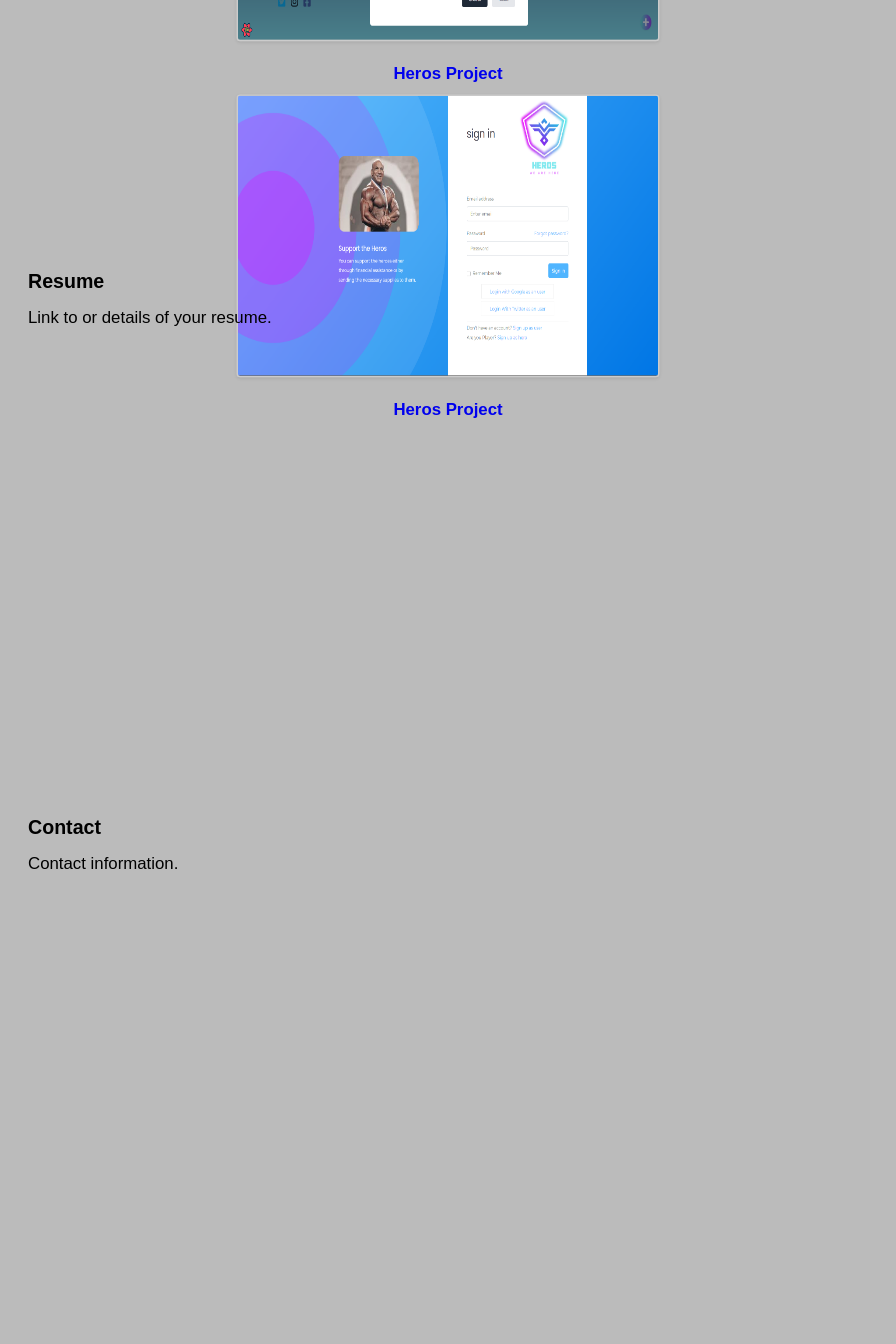
Repository: Salah-Wael/Salah-EL-Din-Portfolio
Page: index.html
The author's editor kept a copy of each file at every save. The page is drawn from the files as they stood at one save, then again after a run of saves.
The browser window is 1280 px wide. The pictures show the part of the page from y = 1317 to 3237 px (the page is 3237 px tall), at 70% of full size.

Above is the page before, as saved 2024-07-13 05:51:52.

### index.html
<!DOCTYPE html>
<html lang="en">
<head>
  <meta charset="UTF-8">
  <meta name="viewport" content="width=device-width, initial-scale=1.0">
  <title>Salah EL-Din Portfolio</title>
  <link rel="stylesheet" href="./style.css">
  <script>
    document.addEventListener('DOMContentLoaded', (event) => {
      const images = [
        'img/projects/heros registration.png',
        'img/projects/heros create news.png',
        'img/projects/heros payment.png'
      ];

      let currentIndex = 0;
      const mainImage = document.getElementById('main-image');

      function swapImage() {
        currentIndex = (currentIndex + 1) % images.length;
        mainImage.src = images[currentIndex];
      }

      setInterval(swapImage, 3000); // Change image every 3 seconds
    });
  </script>
</head>
<body>
  <nav>
    <h1>Salah El-Din</h1>
    <ul>
      <li><a href="#about">About</a></li>
      <li><a href="#projects">Projects</a></li>
      <li><a href="#resume">Resume</a></li>
      <li><a href="#contact">Contact</a></li>
    </ul>
  </nav>
  <section id="about">
    <div class="about">
      <div>
        <h2>About Me</h2>
        <p>
          Hi there! 👋<br>
          My name is Salah EL-Din <br> I'm a <span>Back End Web Developer.</span>
          I'm a fresh graduate from the Computer Science and Artificial Intelligence Faculty. My main interest lies in back-end development using PHP and the Laravel framework. I also hold a certificate from the Information Technology Institute (ITI) in Back-end development using PHP and Laravel. I'm eager to gain practical experience in this field.
          To improve my skills, I actively participated in and presented at student activities.
          In October 2022, I joined to MSP Tech Club - Al Azhar and was accepted into the Back-End track, specializing in PHP and Laravel. I participated with them in the Back-end Development - Tri Era - MSP'23 as an instructor for the first session. In this session, I covered an introduction to front-end and back-end development as well as web hosting. Additionally, I explained some basics of PHP programming, such as (variables, data types, operators, arrays, strings, and conditions).
          In the following season, specifically in November 2023, I expanded my horizons by joining the MSP Flutter Committee. This new venture immersed me in the world of mobile applications, where I gained some information and experience about Dart and the Flutter framework. Concurrently, in December 2023, I became a member of the Google Developer Student Clubs (GDSC), further strengthening my front-end skills. With GDSC, I learned invaluable tricks and insights that have significantly enhanced my technical repertoire.
          Currently, I am looking for a job for 6 months before I apply for military service in January.
        </p>
      </div>
      <div>
        <img src="./img/Salah EL-Din Wael2.jpg" alt="Salah EL-Din">
      </div>
    </div>
  </section>
  <section id="projects">
    <!-- <h2>Projects</h2> -->

    <!-- <div class="projects-container"> -->
      <!-- <div class="project">
        <a href="https://sala7.great-site.net/" target="_blank">
          <img src="img/projects/ecommerce home.png" alt="Sala7 E_commerce">
          <img src="img/projects/products.png" alt="Sala7 E_commerce">
          <p>E_commerce Project</p>
        </a>
      </div>
      <div class="project">
        <a href="https://heros.rf.gd/" target="_blank">
          <img src="img/projects/heros registration.png" alt="heros login">
          <img src="img/projects/heros create news.png" alt="heros create news">
          <img src="img/projects/heros payment.png" alt="heros payment">
          <p>Heros Project</p>
        </a>
      </div> -->



      <!-- <h2>Projects</h2>
    <div class="projects-container">
      <div class="project">
        <h3>Heros Project</h3>
        <div class="image-display">
          <img id="main-image" src="img/projects/heros registration.png" alt="heros registration">
        </div>
        <div class="thumbnails">
          <img src="img/projects/heros registration.png" alt="heros registration" onclick="swapImage('img/projects/heros registration.png')">
          <img src="img/projects/heros create news.png" alt="heros create news" onclick="swapImage('img/projects/heros create news.png')">
          <img src="img/projects/heros payment.png" alt="heros payment" onclick="swapImage('img/projects/heros payment.png')">
        </div>
      </div>
    </div>
    </div> -->



    <h2>Projects</h2>
    <div class="projects-container">
      <a href="https://heros.rf.gd/" target="_blank">
        <div class="project">
          <div class="image-display">
            <img id="main-image" src="img/projects/heros registration.png" alt="heros registration">
          </div>
          <h2>Heros Project</h2>
        </div>
      </a>
    </div>
    <div class="projects-container">
      <a href="https://sala7.great-site.net/" target="_blank">
        <div class="project">
          <div class="image-display">
            <img id="main-image" src="img/projects/heros registration.png" alt="heros registration">
          </div>
          <h2>Heros Project</h2>
        </div>
      </a>
    </div>
  </section>
  <section id="resume">
    <h2>Resume</h2>
    <p>Link to or details of your resume.</p>
  </section>
  <section id="contact">
    <h2>Contact</h2>
    <p>Contact information.</p>
  </section>
</body>
</html>

### style.css
/* Reset some basic styles */
body, h1, h2, p, ul, li, a {
  margin: 0;
  padding: 0;
  list-style: none;
  text-decoration: none;
  font-family: Arial, sans-serif;
}

/* General body styling */
body {
  font-family: Arial, sans-serif;
  line-height: 1.6;
  background-color: #bbb;
}

/* Styling for navigation bar */
nav {
  background-color: #333;
  color: white;
  display: flex;
  justify-content: space-between;
  align-items: center;
  padding: 10px 20px;
}

nav h1 {
  font-size: 24px;
}

nav ul {
  display: flex;
  justify-content: center;
  width: 90%;
  gap: 15px;
}

nav ul li {
  list-style: none;
}

nav ul li a {
  color: white;
  text-decoration: none;
  padding: 5px 10px;
}

nav ul li a:hover {
  background-color: #575757;
  border-radius: 5px;
}

/* Section styling */
section {
  padding: 20px;
  margin: 20px;
  /* width: 100%; */
  height: 100vh;
}

section h2 {
  font-size: 28px;
  margin-bottom: 10px;
}

section p {
  font-size: 24px;
}

.about{
  display: flex;
  justify-content: space-between;
  align-items: center;
  margin: 20px;

}

.about div p{
  width: 75%;
  font-size: 20px;
  text-align: justify;
}
.about div img{
  width: 300px;
  height: 300px;
  border-radius: 50%;
}

/* Projects section styling */
.projects-container {
  display: flex;
  gap: 20px;
  flex-wrap: wrap;
  justify-content: center;
}

.project {
  text-align: center;
}

.project h2 {
  font-size: 24px;
  margin-bottom: 10px;
}

.image-display {
  margin-bottom: 20px;
}

.image-display img {
  width: 600px;
  height: 400px;
  border: 2px solid #ccc;
  border-radius: 5px;
  box-shadow: 0 2px 5px rgba(0, 0, 0, 0.1);
}

After the next 3 saves:
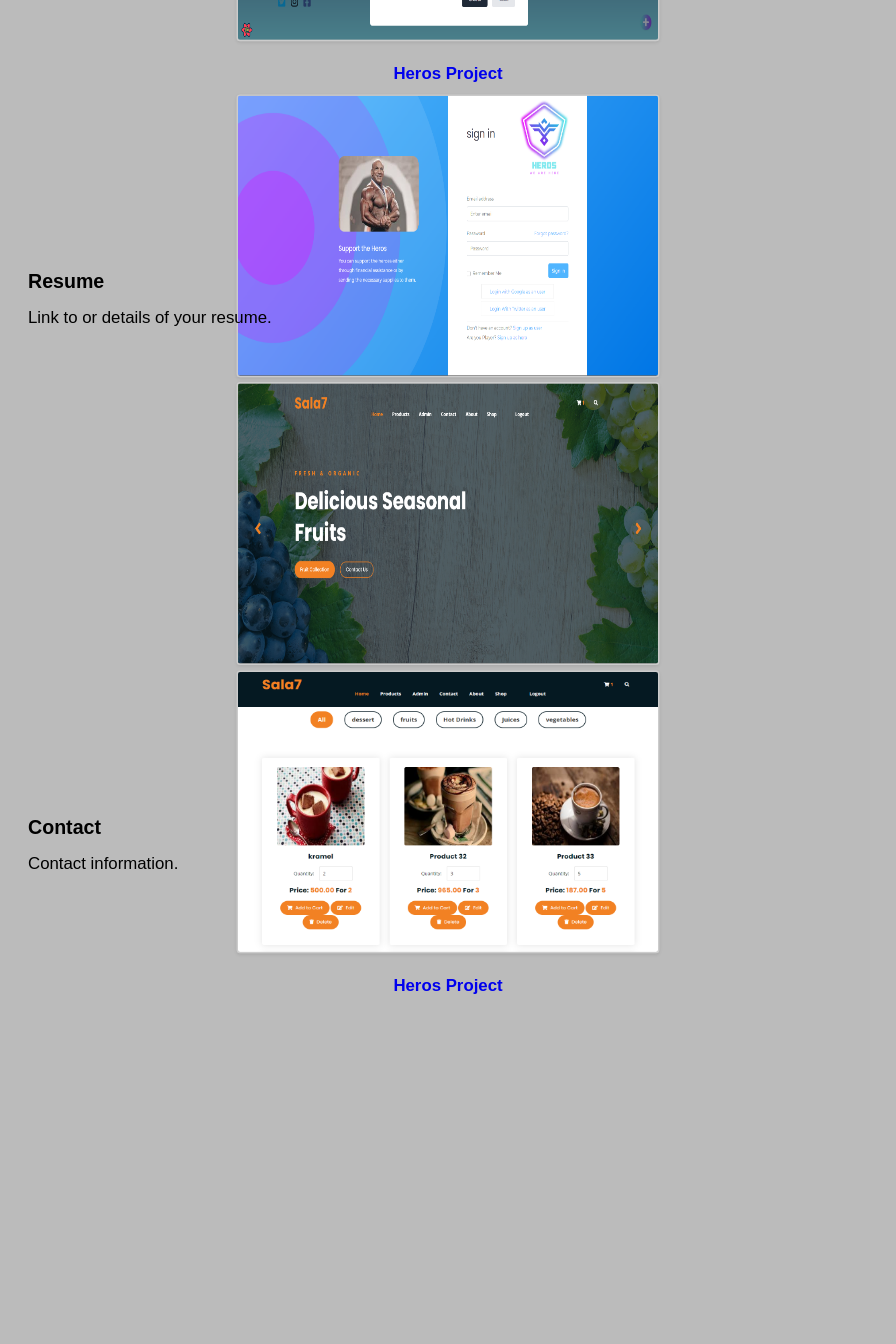
The 3 saves are shown as one change because they came seconds apart.
The last was saved 3 min 30 s later.
--- a/index.html
+++ b/index.html
@@ -110,6 +110,8 @@
         <div class="project">
           <div class="image-display">
             <img id="main-image" src="img/projects/heros registration.png" alt="heros registration">
+            <img src="img/projects/ecommerce home.png" alt="Sala7 E_commerce">
+            <img src="img/projects/products.png" alt="Sala7 E_commerce">
           </div>
           <h2>Heros Project</h2>
         </div>
